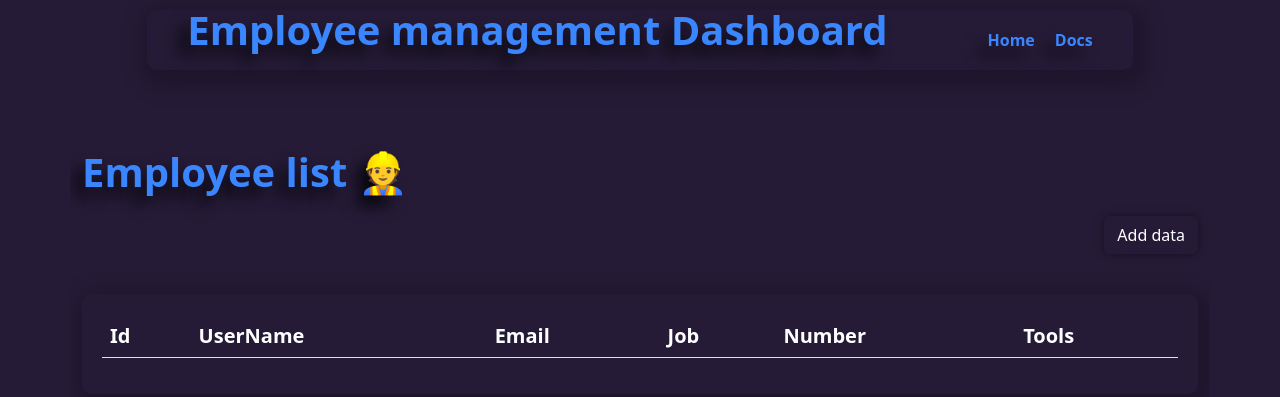
Repository: iamevs/Employee-Management-System
Page: /home (app in client/)
The author's editor kept a copy of each file at every save. The page is drawn from the files as they stood at one save, then again after the next save.
The browser window is 1280 px wide. The pictures show the whole page.
The page's requests for data from a server got no answer. The project was rebuilt for these pictures with package versions that can differ from the ones it lists, and the page was loaded fresh each time. No one was signed in, and anything a server would have sent is missing. Also part of the build but not shown: client/vite.config.js, client/src/components/Register.jsx, client/src/components/Edit.jsx, client/src/components/Hero.jsx. Imported but missing from the stored project, and not drawn on this page: client/src/components/Details.

Above is the page before, as saved 2022-11-29 00:28:25.

After the next save:
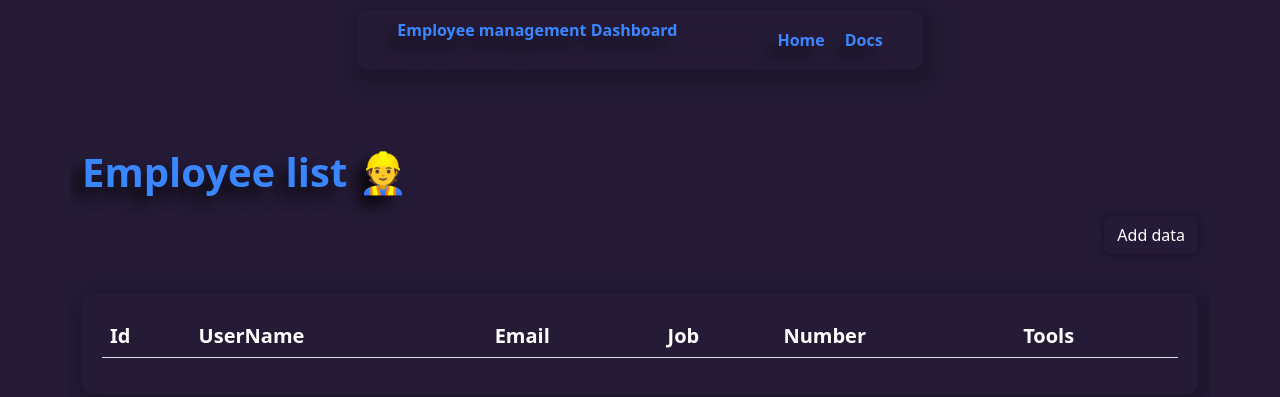
Saved 7 s later.
--- a/client/src/components/Navbar.jsx
+++ b/client/src/components/Navbar.jsx
@@ -18,7 +18,7 @@ const Navbar = () => {
                 borderRadius: "10px"
             }}>
                 <Box sx={{
-                    fontSize: "2.5rem",
+                    fontSize: "1rem",
                         color: "#3a86ff",
                         fontWeight: "600",
                         marginBottom: "20px",
